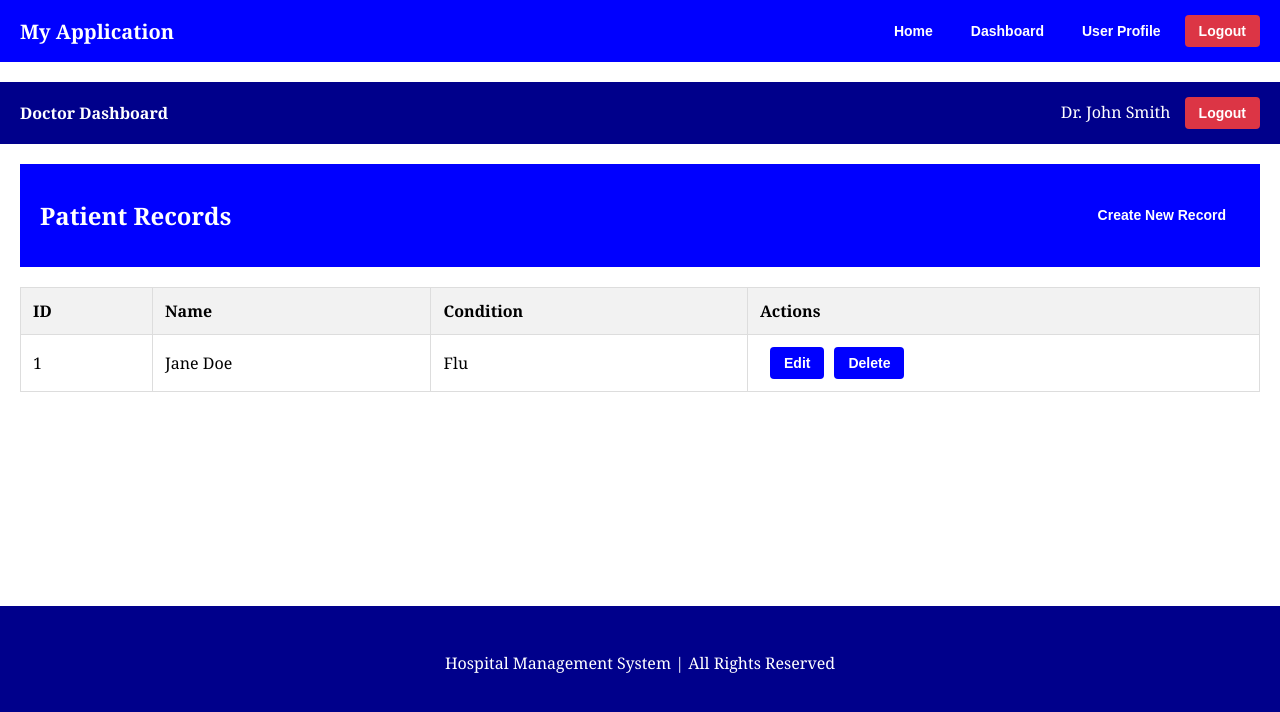
Repository: BinuriJ/HospitalSystem
Page: http://localhost/CyborgSys/DoctorDashboard.jsp
These files come from the project's save history. The page is drawn as it stood at one moment and after the next save; the edit follows.
The browser window is 1280 px wide. The pictures show the whole page.
The page is served by Tomcat 9.

Above is the page before, as saved 2025-05-09 17:45:24.

### CyborgSys/WebContent/DoctorDashboard.jsp
<%@ page language="java" contentType="text/html; charset=UTF-8" pageEncoding="UTF-8"%>
<%@ include file="DocterDashboardstyles.jsp" %>
<!DOCTYPE html>
<html>
<head>
    <meta charset="UTF-8">
    <title>Doctor Dashboard</title>
    <style>
    	<jsp:include page="footerCss.jsp" />
    </style>
</head>
<body>

<jsp:include page="header.jsp" />

<div class="top-bar">
    <div><strong>Doctor Dashboard</strong></div>
    <div>
        <span>Dr. John Smith</span>
        <button class="btn btn-logout" style="margin-left: 10px;">Logout</button>
    </div>
</div>

<div class="container">
    <div class="header">
        <h2>Patient Records</h2>
        <button class="btn btn-create">Create New Record</button>
    </div>

    <table>
        <thead>
            <tr>
                <th>ID</th>
                <th>Name</th>
                <th>Condition</th>
                <th>Actions</th>
            </tr>
        </thead>
        <tbody>
            <tr>
                <td>1</td>
                <td>Jane Doe</td>
                <td>Flu</td>
                <td>
                    <div class="actions">
                    	<br>
                        <button class="btn btn-edit">Edit</button>
                        <button class="btn btn-delete">Delete</button>
                    </div>
                </td>
            </tr>
        </tbody>
    </table>
</div>

 <!-- Include the footer -->
        <jsp:include page="footer.jsp" />

</body>
</html>

### CyborgSys/WebContent/DocterDashboardstyles.jsp
<style>
body {
    font-family: Cambria, sans-serif;
    margin: 0;
    background-color: white;
}

.top-bar {
    background-color: darkblue;
    color: white;
    padding: 15px 20px;
    display: flex;
    justify-content: space-between;
    align-items: center;
}

.container {
    padding: 20px;
}

.header {
    display: flex;
    justify-content: space-between;
    align-items: center;
    margin-bottom: 20px;
}

.btn {
    padding: 10px 16px;
    border: none;
    border-radius: 4px;
    cursor: pointer;
    font-size: 14px;
}

.btn-create {
    background-color: green;
    color: white;
}

.btn-edit {
    background-color: green;
    color: white;
}

.btn-delete {
    background-color: red;
    color: white;
}

.btn-logout {
    background-color: darkred;
    color: white;
}

table {
    width: 100%;
    border-collapse: collapse;
    background-color: white;
}

th, td {
    border: 1px solid #ddd;
    padding: 12px;
    text-align: left;
}

th {
    background-color: #f2f2f2;
}

.actions {
    display: flex;
    gap: 10px;
}
</style>

### CyborgSys/WebContent/footerCss.jsp
<style>

html, body {
    height: 100%; /* Make the html and body take full height of the viewport */
}

body {
    display: flex;
    flex-direction: column; /* Use flexbox to arrange content vertically */
    min-height: 100vh; /* Make body take the full height of the viewport */
}

.container {
    flex: 1; /* Let the main content expand to fill the available space */
}

footer {
    background-color: darkblue; /* Dark background for the footer */
    color: white; /* White text */
    padding: 10px 0; /* Padding for the footer */
    text-align: center; /* Center the footer text */
}

</style>

### CyborgSys/WebContent/header.jsp
<%@ page language="java" contentType="text/html; charset=UTF-8" pageEncoding="UTF-8"%>
<%@ include file="HeaderCss.jsp" %>
<!DOCTYPE html>
<html>
<head>
  <meta charset="UTF-8">
  <title>Common Header</title>
</head>
<body>

<div class="header">
  <div class="logo">My Application</div>
  <div class="nav-buttons">
    <button class="btn">Home</button>
    <button class="btn">Dashboard</button>
    <button class="btn">User Profile</button>
    <button class="btn btn-logout">Logout</button>
  </div>
</div>

</body>
</html>

### CyborgSys/WebContent/HeaderCss.jsp
<style>
body {
  margin: 0;
  font-family: Cambria, sans-serif;
}

.header {
  background-color: blue;
  padding: 15px 20px;
  display: flex;
  justify-content: space-between;
  align-items: center;
  color: white;
}

.logo {
  font-size: 20px;
  font-weight: bold;
}

.nav-buttons {
  display: flex;
  gap: 10px;
}

.btn {
  background-color: blue;
  color: white;
  border: none;
  padding: 8px 14px;
  border-radius: 4px;
  cursor: pointer;
  font-weight: bold;
}

.btn:hover {
  background-color: darkblue;
}

.btn-logout {
  background-color: #dc3545;
  color: white;
}

.btn-logout:hover {
  background-color: #c82333;
}
</style>

### CyborgSys/WebContent/footer.jsp
<!-- footer.jsp -->
<footer class="bg-dark text-light py-3">
    <div class="container text-center">
        <p>Hospital Management System | All Rights Reserved</p>
    </div>
</footer>

After the next save:
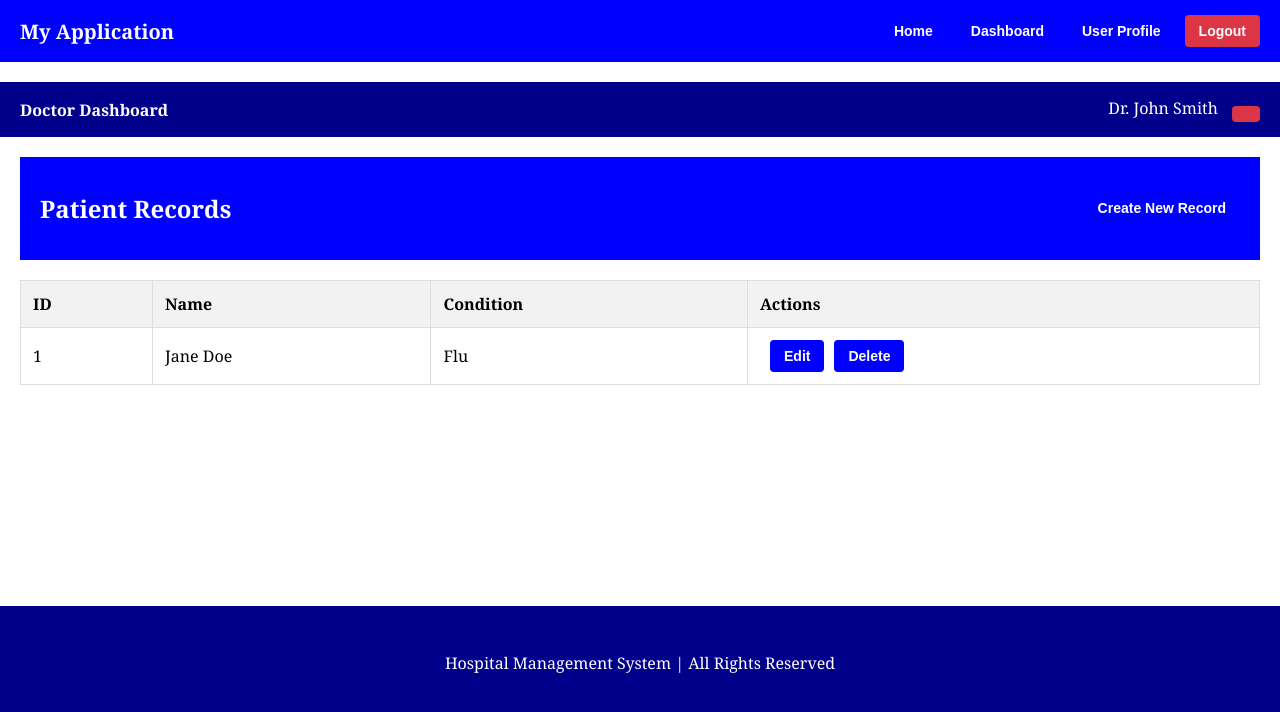
Saved 25 s later.
--- a/CyborgSys/WebContent/DoctorDashboard.jsp
+++ b/CyborgSys/WebContent/DoctorDashboard.jsp
@@ -17,7 +17,7 @@
     <div><strong>Doctor Dashboard</strong></div>
     <div>
         <span>Dr. John Smith</span>
-        <button class="btn btn-logout" style="margin-left: 10px;">Logout</button>
+        <button class="btn btn-logout" style="margin-left: 10px;">
     </div>
 </div>
 
